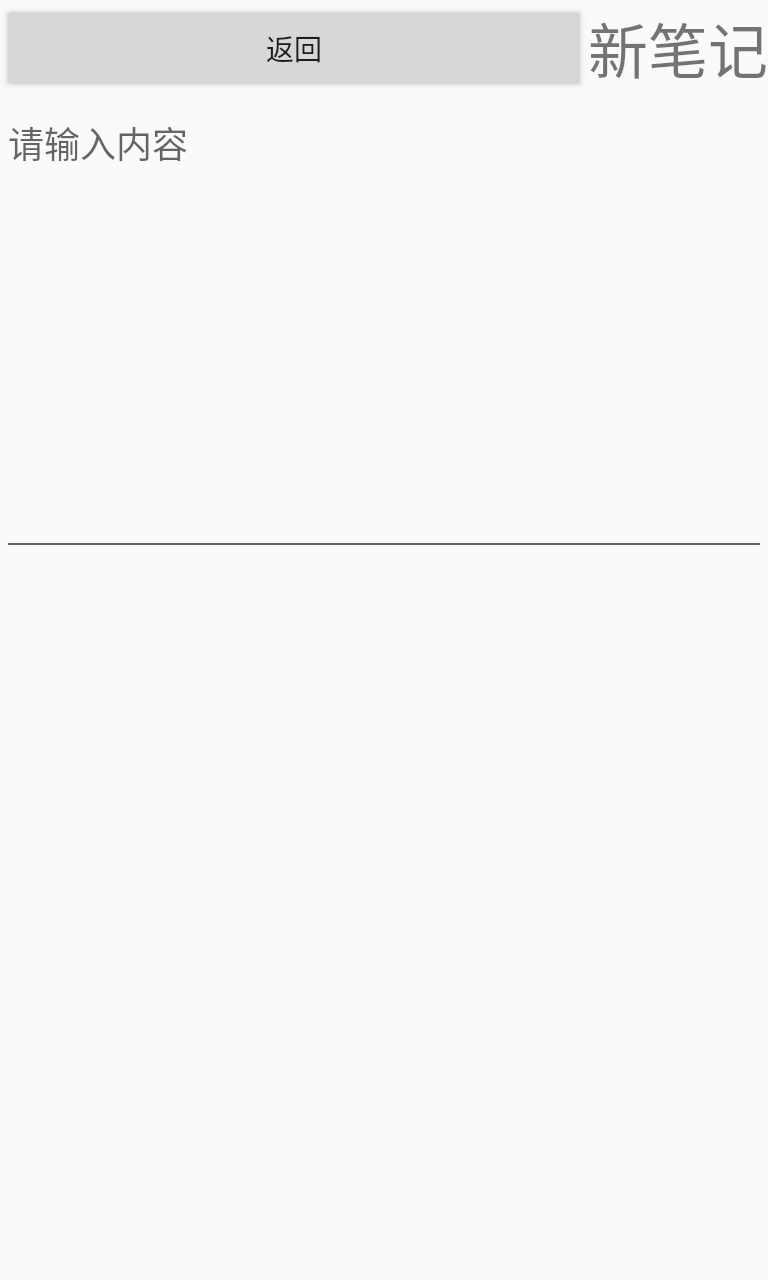
Repository: mxfpaul/Test
Layout: Note/MyNote2/res/layout/newnote.xml
The author's editor kept a copy of each file at every save. The layout is drawn from the files as they stood at one save, then again after the next save.
It is drawn on a 768 x 1280 px phone screen (xhdpi) without system bars, with theme AppTheme; the app's code is not run.

Above is the layout before, as saved 2014-11-19 23:20:01.

### Note/MyNote2/res/layout/newnote.xml
<?xml version="1.0" encoding="utf-8"?>
<TableLayout xmlns:android="http://schemas.android.com/apk/res/android"
    android:layout_width="match_parent"
    android:layout_height="wrap_content"
    android:orientation="vertical" >

    <TableRow
        android:id="@+id/new_row1"
        android:layout_width="match_parent"
        android:layout_height="wrap_content"
        android:orientation="horizontal"
         >

        <Button
            android:id="@+id/new_button_setting"

            android:layout_weight="1"
            android:text="@string/new_button_text1" />

        <TextView
            android:id="@+id/new_textview_all"
            android:layout_gravity="center"

            android:text="@string/new_textview_text"
            android:textSize="30sp" />
		<!--
        <TextView
            android:id="@+id/new_textview_all"
            android:layout_gravity="center"

            android:text="@string/new_textview_text"
            android:textSize="30sp" />

        <Button
            android:id="@+id/new_button_new"

            android:text="@string/new_button_text2" />
            -->
    </TableRow>

    <TableRow
        android:id="@+id/new_row2"
        android:layout_width="match_parent" >

        <EditText
            android:id="@+id/new_edittext_content"
            android:layout_width="match_parent"
            android:layout_height="wrap_content"
            android:layout_weight="1"
            android:gravity="top"
            android:hint="@string/new_edittext_text"
            android:lines="10" />
    </TableRow>

</TableLayout>

### Note/MyNote2/res/values/strings.xml
<?xml version="1.0" encoding="utf-8"?>
<resources>

    <string name="app_name">MyNote2</string>
    <string name="hello_world">Hello world!</string>
    <string name="action_settings">Settings</string>
    <string name="home_button_text1">设置</string>
    <string name="home_button_text2">新建</string>
    <string name="home_textview_text">全部笔记</string>
    <string name="new_button_text1">返回</string>
    <string name="new_button_text2">完成</string>
    <string name="new_textview_text">新笔记</string>
    <string name="view_button_text1">返回</string>
    <string name="view_button_text2">更改</string>
    <string name="view_textview_text">待录入</string>
    <string name="new_edittext_text">请输入内容</string>

</resources>

Loaded but not shown: Note/MyNote2/res/values/styles.xml (common file); Note/MyNote2/res/values-v11/styles.xml (common file); Note/MyNote2/res/values-v14/styles.xml (common file)

After the next save:
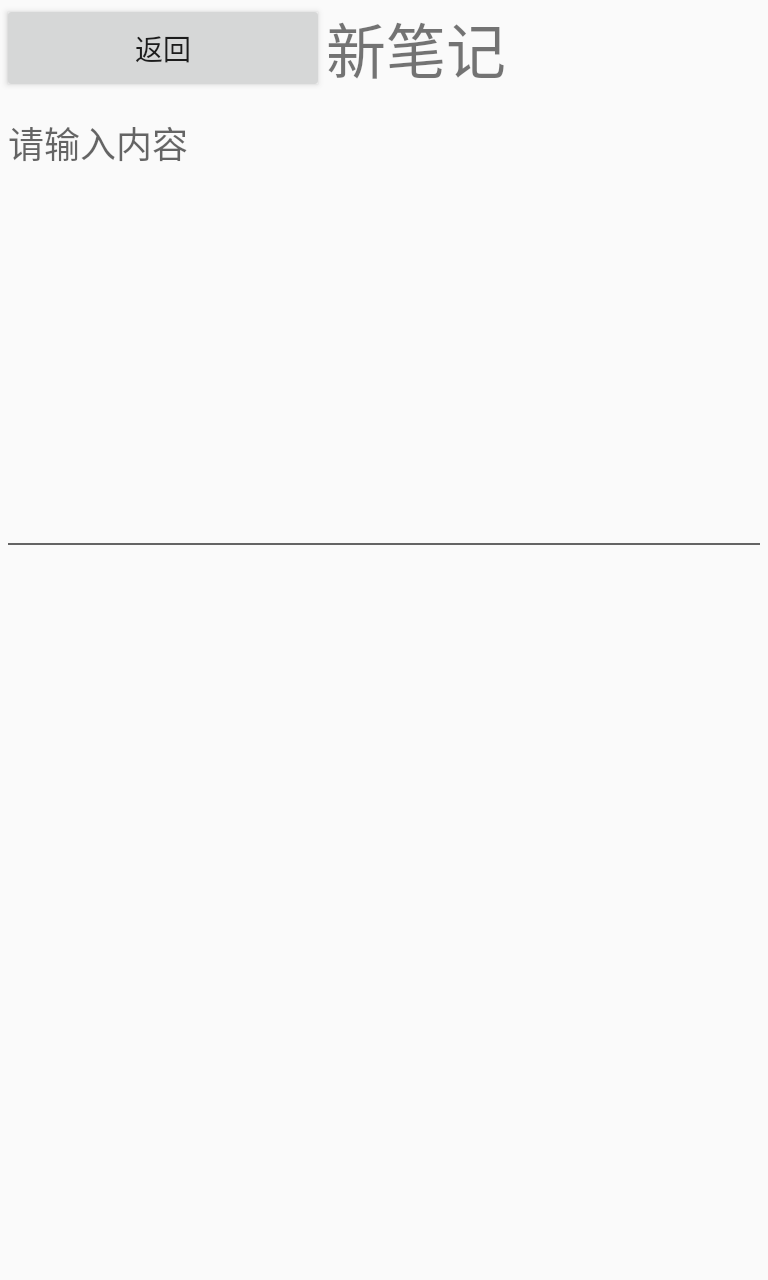
Saved 9 s later.
--- a/Note/MyNote2/res/layout/newnote.xml
+++ b/Note/MyNote2/res/layout/newnote.xml
@@ -20,7 +20,7 @@
         <TextView
             android:id="@+id/new_textview_all"
             android:layout_gravity="center"
-
+            android:layout_weight="2"
             android:text="@string/new_textview_text"
             android:textSize="30sp" />
 		<!--
